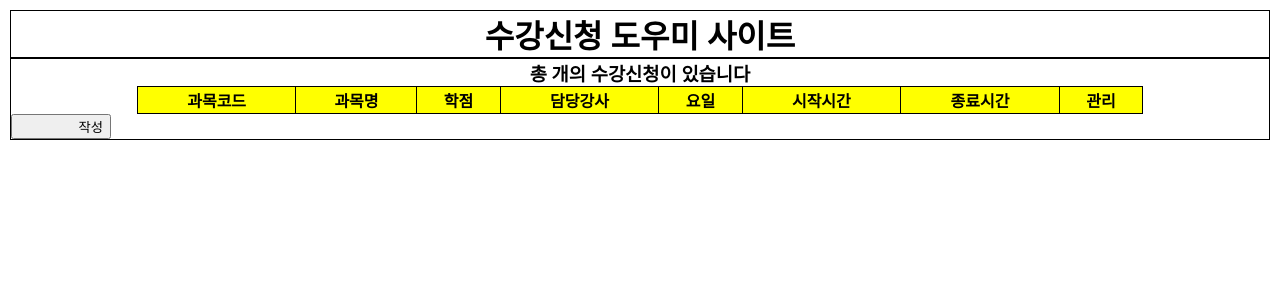
Repository: Tor1a/SpringSet
Page: http://localhost/practice02/WEB-INF/views/home.jsp
An editor plug-in stored every save of this project. The page is shown before and after the next save, followed by the edit.
The browser window is 1280 px wide. The pictures show the whole page.
The page is served by Tomcat 9. Nobody is signed in. The template is opened directly, without the code that normally fills it, so the values that code supplies are empty.

Above is the page before, as saved 2022-04-14 08:52:32.

After the next save:
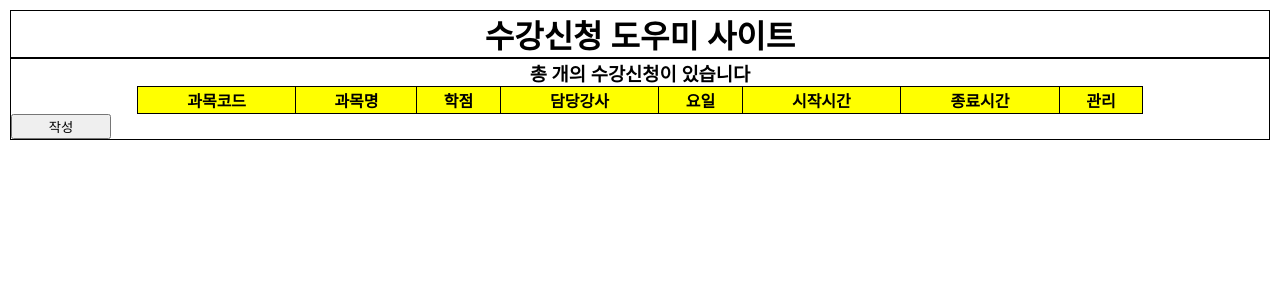
Saved 47 s later.
--- a/practice02/src/main/webapp/resources/css/home.css
+++ b/practice02/src/main/webapp/resources/css/home.css
@@ -12,7 +12,7 @@ body{width: auto; hight: auto;}
 
 #content {display:flex; flex-direction: column; justify-content: center; border: 1px solid black;}
 
-#content .add {width:100px; higth: 50px;  display: flex; flex-direction: row; justify-content: flex-end; text-align: center;}
+#content .add {width:100px; higth: 50px;  display: flex; flex-direction: row; justify-content: center; text-align: center;}
 
 .liTb {margin: auto; border-collapse: collapse; border: 1px solid black; width: 80%;}
 
